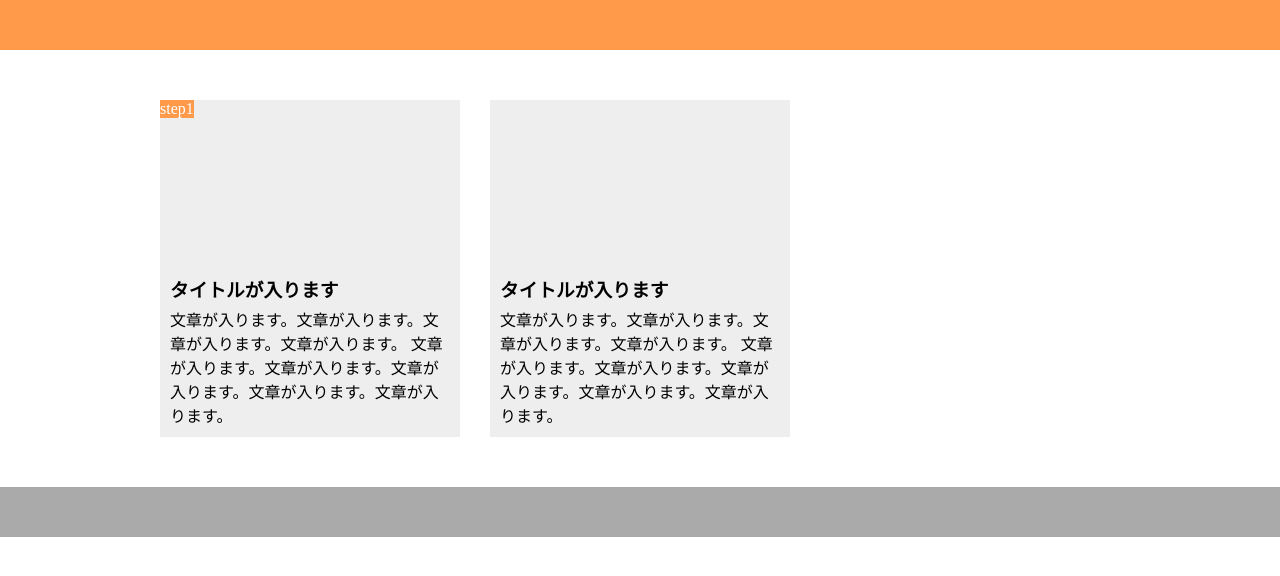
Repository: ryo32sun/Html-Practice
Page: practice/chapter9.html
The author's editor kept a record of every edit. The page is drawn from the files as they stood at one moment, then again after the next edit.
The browser window is 1280 px wide. The pictures show the whole page.

Above is the page before.

After the next edit:
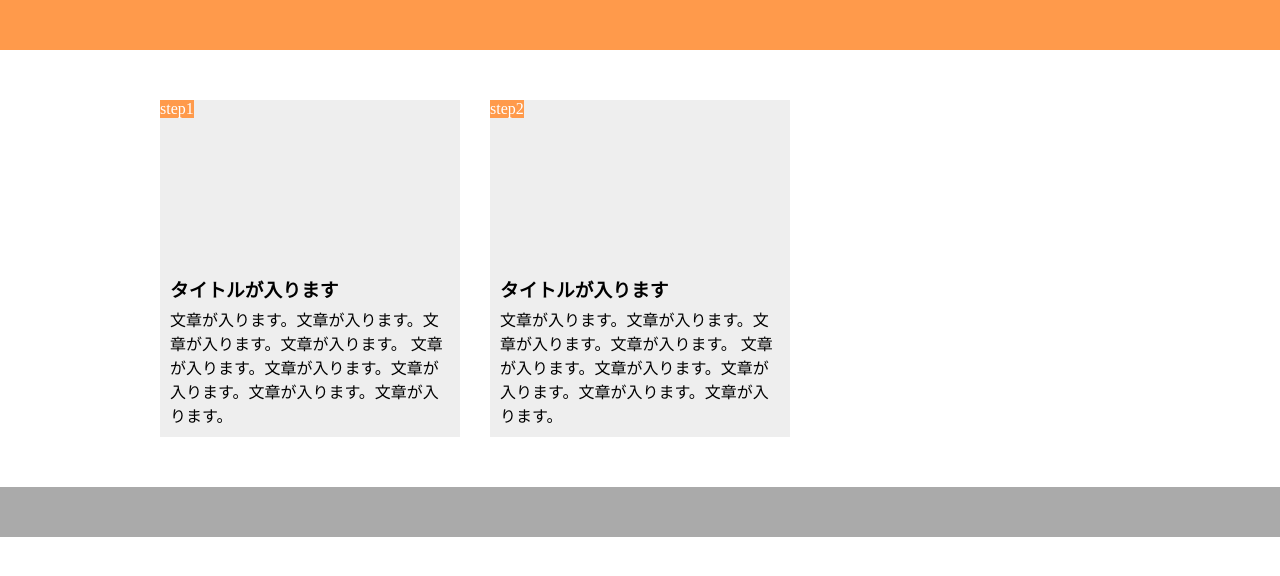
The edit:
--- a/practice/chapter9.html
+++ b/practice/chapter9.html
@@ -34,7 +34,8 @@
         <p>文章が入ります。文章が入ります。文章が入ります。文章が入ります。
         文章が入ります。文章が入ります。文章が入ります。文章が入ります。文章が入ります。</p>
       </div>
-
+      <div class="step">
+        <p>step2</p>
       </div>
     </div>
 
